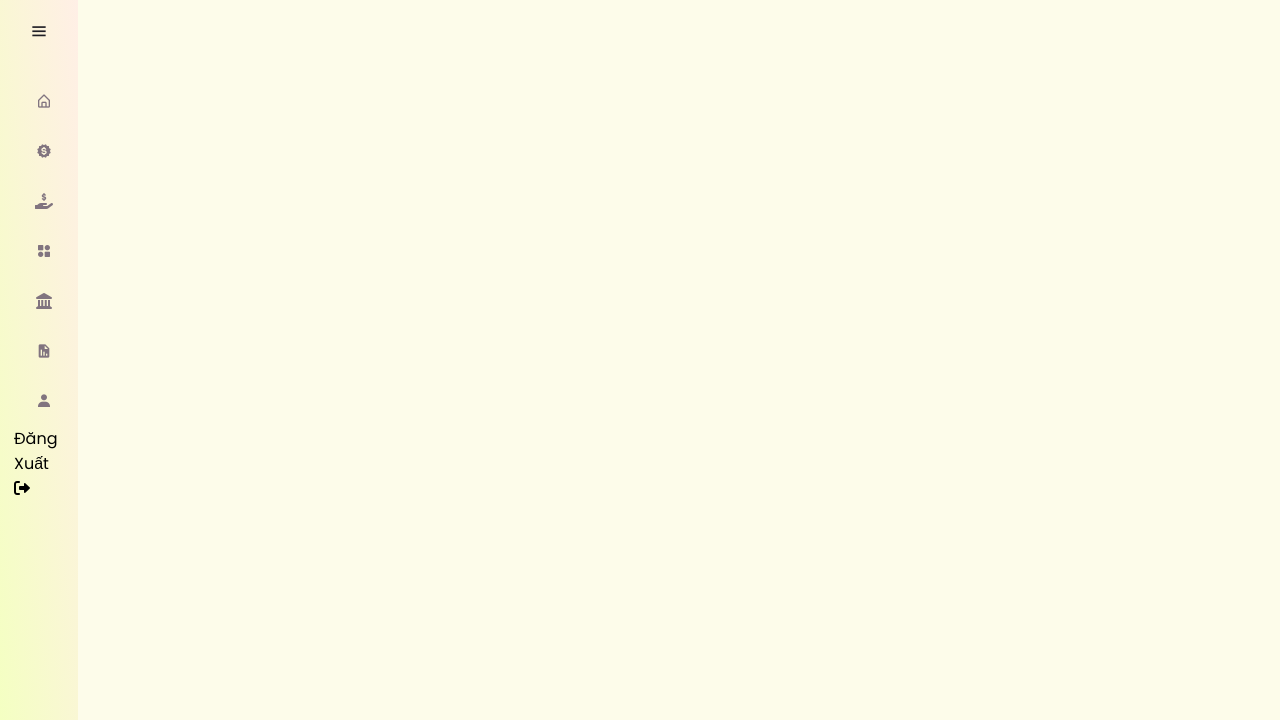
Repository: Dien973/expense_manager
Page: http://localhost/expense_manager/user_page/home.php
These files come from the project's save history. The page is drawn as it stood at one moment and after the next save; the edit follows.
The browser window is 1280 px wide. The pictures show the whole page.
The page is run by PHP 8.4 with error messages shown; the project is at /var/www/html/.

Above is the page before, as saved 2025-12-05 20:03:55.

### user_page/home.php
<?php

@include '../config.php';
session_start();
?>

<!DOCTYPE html>
<html lang="en">
<head>
    <meta charset="UTF-8">
   <meta http-equiv="X-UA-Compatible" content="IE=edge">
   <meta name="viewport" content="width=device-width, initial-scale=1.0">
   <title>Trang Chủ</title>

   <!-- font awesome cdn link  -->
   <link rel="stylesheet" href="https://cdnjs.cloudflare.com/ajax/libs/font-awesome/6.0.0/css/all.min.css">
   <link href='https://unpkg.com/boxicons@2.0.9/css/boxicons.min.css' rel='stylesheet'>

   <!-- custom css file link  -->
   <link rel="stylesheet" href="../css/main.css">
   <link rel="stylesheet" href="../css/sidebar.css">
</head>
<body>
    <?php @include 'silebar.php'; ?>
</body>
</html>

### config.php
<?php
// Kết nối đến cơ sở dữ liệu MySQL
$servername = "localhost";
$username = "root";
$password = "";
$dbname = "qly_chi_tieu";

// Tạo kết nối
$conn = mysqli_connect($servername, $username, $password, $dbname);

// Kiểm tra kết nối
if (!$conn) {
    die("Connection failed: " . mysqli_connect_error());
}
?>

### user_page/silebar.php

<header class="header">
    <div class="sidebar">
        <div class="logo_content">
            <div class="logo">
                <i class='bx bx-dollar-circle'></i>
                <div class="logo_name">Monee</div>
            </div>
            <i class="bx bx-menu" id="btn"></i>
        </div>
        <ul class="nav_list">
            <li>
                <a href="home.php">
                    <i class="bx bx-home-alt"></i>
                    <span class="links_name">Trang Chủ</span>
                </a>
                    <span class="tooltip">Trang Chủ</span>
            </li>
            <li>
                <a href="income.php">
                    <i class='bx bxs-badge-dollar' ></i>
                    <span class="links_name">Thu Nhập</span>
                </a>
                    <span class="tooltip">Thu Nhập</span>
            </li>
            <li>
                <a href="expense.php">
                    <i class="fa-solid fa-hand-holding-dollar"></i>
                    <span class="links_name">Chi Tiêu</span>
                </a>
                    <span class="tooltip">Chi Tiêu</span>
            </li>
            <li>
                <a href="category.php">
                    <i class='bx bxs-category-alt' ></i>
                    <span class="links_name">Doanh Mục</span>
                </a>
                    <span class="tooltip">Doanh Mục</span>
            </li>
            <li>
                <a href="budget.php">
                    <i class="fa-solid fa-landmark"></i>
                    <span class="links_name">Ngân Sách</span>
                </a>
                    <span class="tooltip">Ngân Sách</span>
            </li>
            <li>
                <a href="report.php">
                    <i class='bx bxs-report' ></i>
                    <span class="links_name">Báo Cáo</span>
                </a>
                    <span class="tooltip">Báo Cáo</span>
            </li>
            <li>
                <a href="account.php">
                    <i class='bx bxs-user' ></i>
                    <span class="links_name">Tài Khoản</span>
                </a>
                    <span class="tooltip">Tài Khoản</span>
            </li>
        </ul>

        <div class="sidebar-logout">
        <div class="logout-item">
            <span>Đăng Xuất</span>
            <i class="fa-solid fa-right-from-bracket"></i>
        </div>
    </div>

    <script>
        let btn = document.querySelector("#btn");
        let sidebar = document.querySelector(".sidebar");

        btn.onclick = function(){
            sidebar.classList.toggle("active");
        }
    </script>
</header>

### css/main.css
body {
  background-color: rgb(253, 252, 234);
}
/*----------FORM ĐĂNG NHẬP------------*/
.form-container {
  display: flex;
  align-items: center;
  justify-content: center;
  min-height: 100vh;
}

.form-container form {
  padding: 1.5rem;
  border-radius: 0.5rem;
  border: #000 solid 2px;
  background-color: #ffffff;
  box-shadow: 0 0.5rem 1rem rgba(0, 0, 0, 0.1);
  width: 50rem;
  text-align: center;
}

.form-container form h3 {
  font-size: 2.5rem;
  text-transform: uppercase;
  color: #000;
  margin-bottom: 1rem;
}

.form-container form .box {
  width: 100%;
  padding: 1.2rem 1.4rem;
  font-size: 1.8rem;
  color: #000;
  border: #000 solid 2px;
  background-color: #fff;
  margin: 1rem 0;
  border-radius: 0.5rem;
  position: relative;
}

.form-container form i {
  color: #000;
  font-size: 2.5rem;
  margin-right: 1rem;
}

.form-container form p,
.form-container form .forgot-pwd {
  margin-top: 1.5rem;
  font-size: 2rem;
  color: #666;
}

.form-container form p a,
.form-container form .forgot-pwd a {
  color: #9e9d9d;
}

.form-container form p a:hover,
.form-container form .forgot-pwd a:hover {
  color: #567bb2;
}

/*-- forgot password --*/
.form-container form .forgot-pwd {
  margin-top: 1rem;
  margin-bottom: 1rem;
  font-size: 2rem;
}

/*--- BUTTON ---*/
.btn {
  display: inline-block;
  border-radius: 0.5rem;
  margin-top: 1rem;
  font-size: 1.8rem;
  color: #494848;
  cursor: pointer;
  padding: 1rem 3rem;
  text-transform: capitalize;
}

.btn {
  background-color: rgb(243, 241, 200);
}

.btn:hover {
  background-color: rgb(255, 252, 212);
}

/* --- EYE TRONG Ô INPUT --- */

.form-container form .inpt {
  position: relative;
  display: flex;
  align-items: center;
}

.form-container form .inpt input.box {
  width: 100%;
  padding-right: 45px;
  box-sizing: border-box;
}

.form-container form .toggle-eye,
.form-container form .eye {
  position: absolute !important;
  right: 15px !important;
  top: 50% !important;
  transform: translateY(-50%) !important;
  font-size: 42px;
  cursor: pointer;
  color: #aaa;
  z-index: 10;
}

/*---------- THÔNG BÁO------------*/
.message-overlay {
  position: fixed;
  top: 0;
  left: 0;
  width: 100%;
  height: 100%;
  background: rgba(0, 0, 0, 0.5);
  display: flex;
  justify-content: center;
  align-items: center;
  z-index: 20000;
}

/* Hộp thông báo */
.message-box {
  background: #fff;
  padding: 2rem 3rem;
  border-radius: 10px;
  text-align: center;
  min-width: 350px;
  max-width: 80%;
  box-shadow: 0 10px 25px rgba(0, 0, 0, 0.3);
  position: relative;
  animation: popupShow 0.25s ease-out;
}

/* Nội dung */
.message-box span {
  font-size: 2rem;
  color: #000;
}

/* Icon đóng */
.message-box i {
  position: absolute;
  top: 10px;
  right: 12px;
  font-size: 2.2rem;
  color: #c0392b;
  cursor: pointer;
  transition: 0.2s;
}

.message-box i:hover {
  transform: rotate(90deg);
}

/* Animation hiển thị */
@keyframes popupShow {
  from {
    opacity: 0;
    transform: scale(0.8);
  }
  to {
    opacity: 1;
    transform: scale(1);
  }
}

### css/sidebar.css
@import url("https://fonts.googleapis.com/css2?family=Poppins:wght@100;200;300;400;500;600&display=swap");
* {
  margin: 0;
  padding: 0;
  box-sizing: border-box;
  font-family: "Poppins", sans-serif;
}
body {
  position: relative;
  min-height: 100vh;
  width: 100%;
  overflow: hidden;
}
.sidebar {
  position: fixed;
  width: 78px;
  height: 100%;
  top: 0;
  left: 0;
  background: linear-gradient(to top right, #f4ffc2, #ffefe6);
  padding: 6px 14px;
  transition: all 0.5s ease;
}

.sidebar .logo_content .logo {
  display: flex;
  align-items: center;
  height: 50px;
  width: 100%;
  color: #1f1e25;

  opacity: 0;
  pointer-events: none;
}
.logo_content .logo i {
  font-size: 28px;
  margin-right: 5px;
}
.logo_content .logo .logo_name {
  font-size: 20px;
  font-weight: 400;
}

.sidebar #btn {
  position: absolute;
  color: #1f1e25;
  left: 50%;
  top: 6px;
  font-size: 20px;
  height: 50px;
  width: 50px;
  text-align: center;
  line-height: 50px;
  transform: translateX(-50%);
}

.sidebar ul {
  margin-top: 20px;
  flex: 1;
}
.sidebar ul li {
  position: relative;
  height: 50px;
  width: 100%;
  margin: 0 5px;
  list-style: none;
  line-height: 50px;
}
.sidebar ul li a {
  color: #81747f;
  display: flex;
  align-items: center;
  text-decoration: none;
  border-radius: 15px;
  transition: all 0.2s ease-in;
  white-space: nowrap;
}

.sidebar ul li i {
  height: 50px;
  min-width: 50px;
  border-radius: 12px;
  line-height: 50px;
  text-align: center;
}
.sidebar ul li a:hover {
  color: #000;
  font-weight: 600;
  background: rgba(255, 255, 255, 0.25);
}

.sidebar ul li .tooltip {
  position: absolute;
  left: 122px;
  top: 0;
  transform: translate(-50%, -50%);
  border-radius: 6px;
  height: 35px;
  width: 122px;
  background: rgba(255, 255, 255, 0.4);
  line-height: 35px;
  text-align: center;
  box-shadow: 0 5px 10px rgba(0, 0, 0, 0.2);
  transition: 0s;
  opacity: 0;
  pointer-events: none;
  display: block;
}
.sidebar ul li:hover .tooltip {
  transition: all 0.3s ease;
  top: 50%;
  opacity: 1;
}

.sidebar.active {
  width: 240px;
}
.sidebar.active .logo_content .logo {
  opacity: 1;
  pointer-events: none;
}

.sidebar.active #btn {
  left: 90%;
}
.sidebar ul li .bx-search:hover {
  background: #fff;
  color: #1f1e25;
}

.sidebar.active ul li .tooltip {
  display: none;
}
.sidebar .links_name {
  opacity: 0;
  pointer-events: none;
  transition: all 0.5s ease;
}
.sidebar.active .links_name {
  opacity: 1;
  pointer-events: auto;
}
.logout {
  margin-top: auto;
}

After the next save:
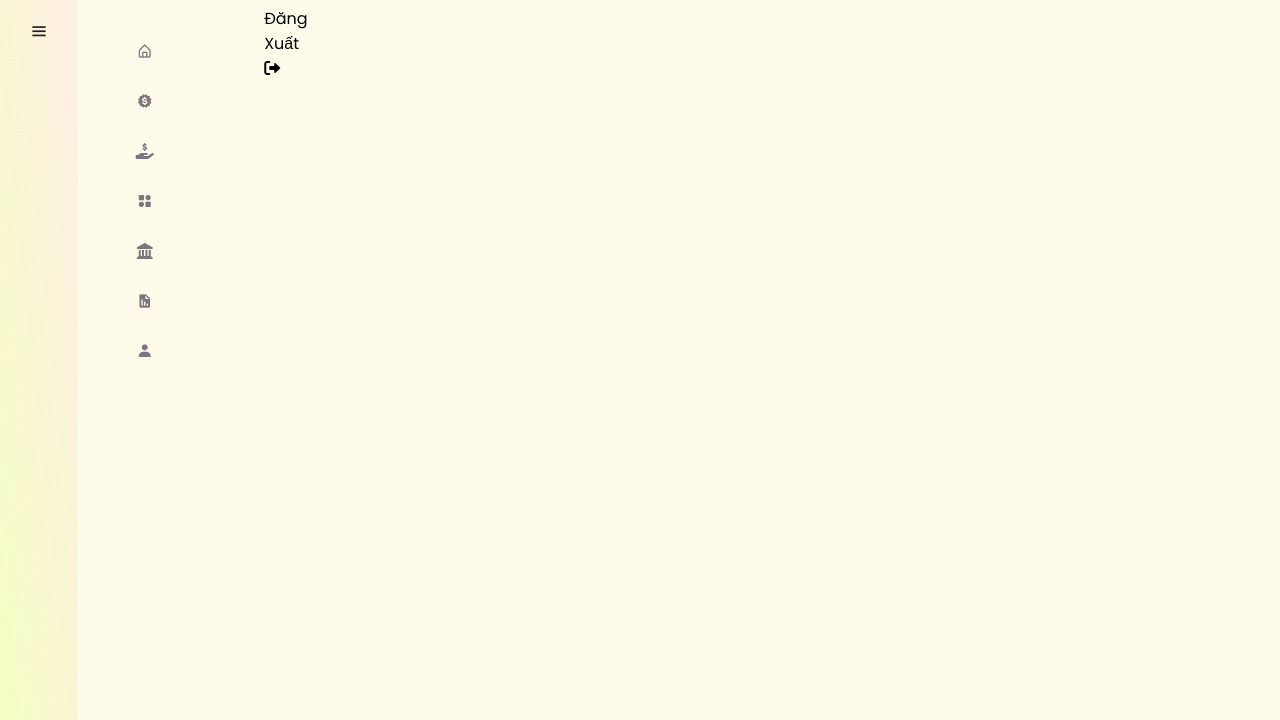
Saved 3 min 4 s later.
--- a/css/sidebar.css
+++ b/css/sidebar.css
@@ -13,6 +13,7 @@ body {
 }
 .sidebar {
   position: fixed;
+  display: flex;
   width: 78px;
   height: 100%;
   top: 0;
@@ -123,10 +124,6 @@ body {
 .sidebar.active #btn {
   left: 90%;
 }
-.sidebar ul li .bx-search:hover {
-  background: #fff;
-  color: #1f1e25;
-}
 
 .sidebar.active ul li .tooltip {
   display: none;
